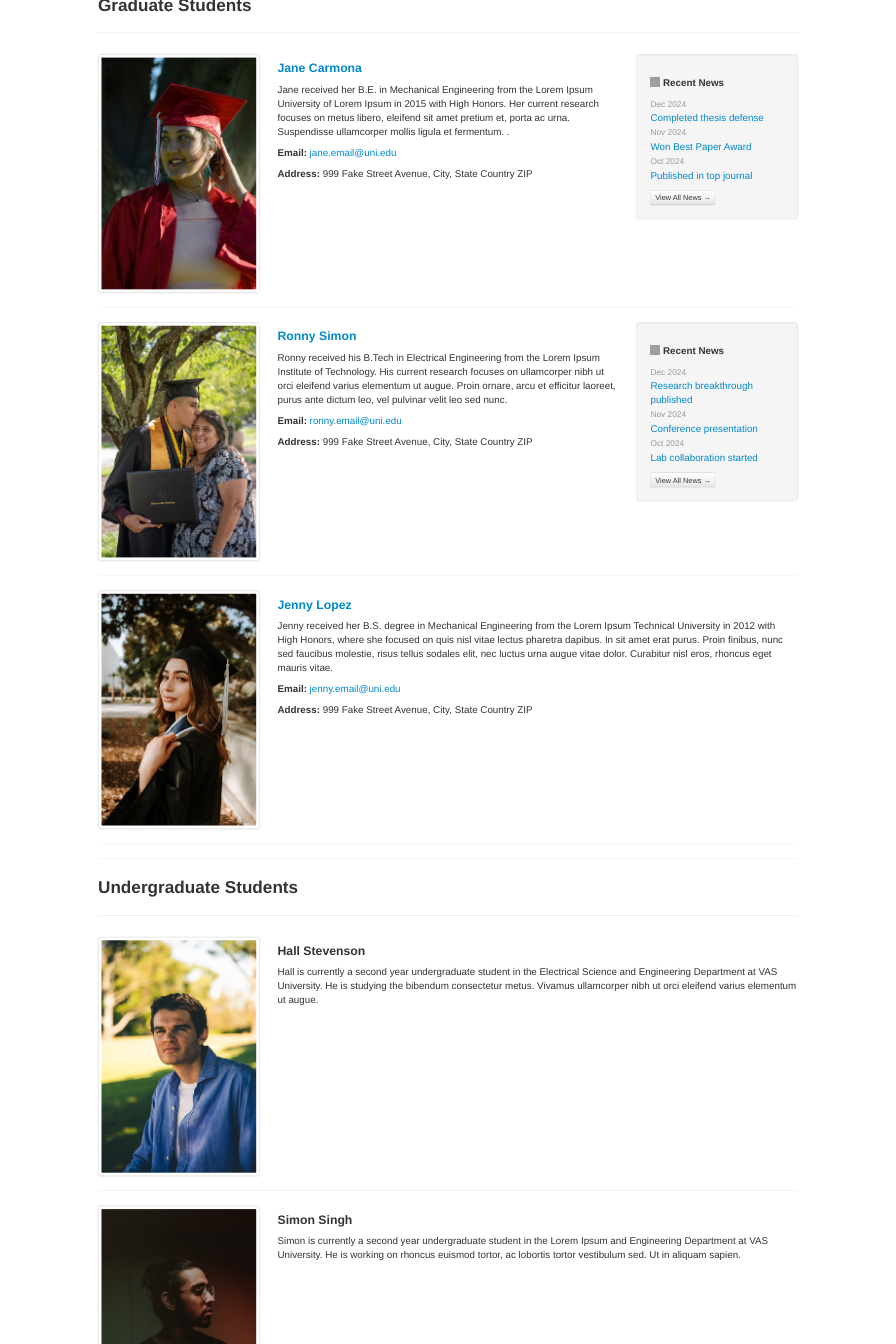
Repository: IAEUC/iaeuc.github.io
Page: people.html
The author's editor kept a copy of each file at every save. The page is drawn from the files as they stood at one save, then again after the next save.
The browser window is 1280 px wide. The pictures show the part of the page from y = 776 to 2696 px (the page is 5319 px tall), at 70% of full size.
Pictures or frames that could not be fetched are drawn as grey boxes.

Above is the page before, as saved 2025-08-07 17:48:55.

After the next save:
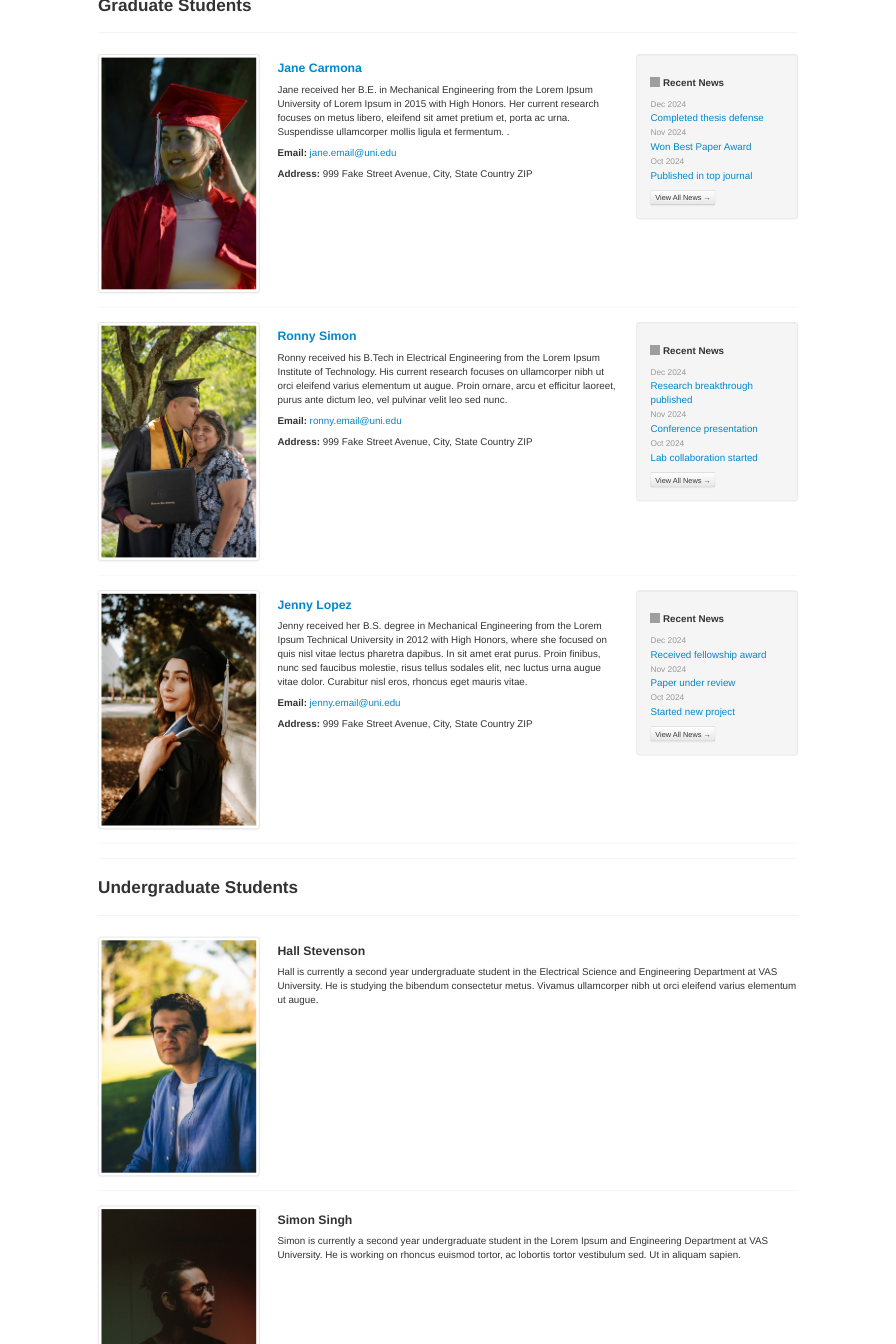
Saved 19 s later.
--- a/people.html
+++ b/people.html
@@ -171,11 +171,31 @@
                         <img src="thumbs/graduate-1.jpg" alt="Jenny Lopez"/>
                         </a>
                      </div>
-                     <div class="span9">
+                     <div class="span6">
                         <h4><a href="https://unsplash.com/photos/nomivMNW07o">Jenny Lopez</a></h4>
                         <p>Jenny received her B.S. degree in Mechanical Engineering from the Lorem Ipsum Technical University in 2012 with High Honors, where she focused on quis nisl vitae lectus pharetra dapibus. In sit amet erat purus. Proin finibus, nunc sed faucibus molestie, risus tellus sodales elit, nec luctus urna augue vitae dolor. Curabitur nisl eros, rhoncus eget mauris vitae.</p>
                         <p><b>Email: </b><a href="mailto:jenny.email@uni.edu">jenny.email@uni.edu</a></p>
                         <p><b>Address: </b>999 Fake Street Avenue, City, State Country ZIP</p>
+                     </div>
+                     <div class="span3">
+                        <div class="well">
+                           <h5><i class="icon-bullhorn"></i> Recent News</h5>
+                           <ul class="unstyled">
+                              <li>
+                                 <small class="muted">Dec 2024</small><br/>
+                                 <a href="#" class="small">Received fellowship award</a>
+                              </li>
+                              <li>
+                                 <small class="muted">Nov 2024</small><br/>
+                                 <a href="#" class="small">Paper under review</a>
+                              </li>
+                              <li>
+                                 <small class="muted">Oct 2024</small><br/>
+                                 <a href="#" class="small">Started new project</a>
+                              </li>
+                           </ul>
+                           <a href="news.html" class="btn btn-mini">View All News →</a>
+                        </div>
                      </div>
                   </div>
                   <hr>
